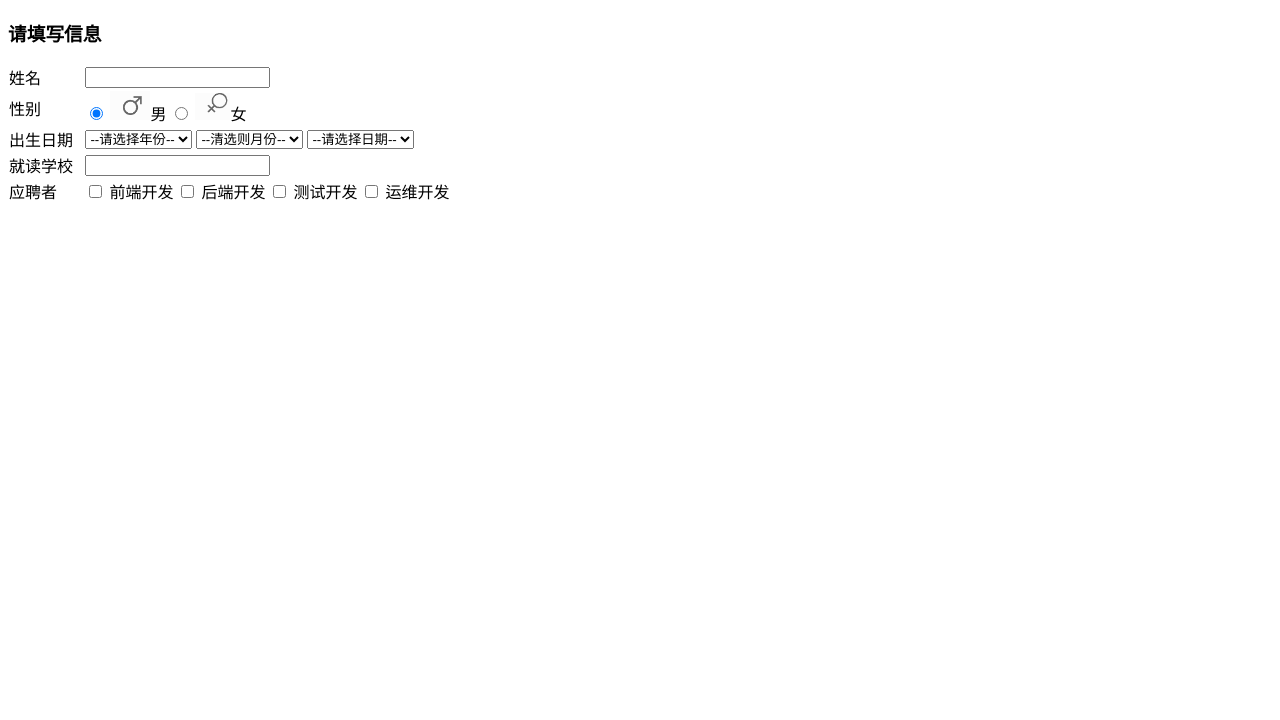
Repository: ls02/VSCode
Page: Java/2022/6-21-1/Test2.html
The author's editor kept a copy of each file at every save. The page is drawn from the files as they stood at one save, then again after the next save.
The browser window is 1280 px wide. The pictures show the whole page.

Above is the page before, as saved 2022-06-21 15:28:55.

After the next save:
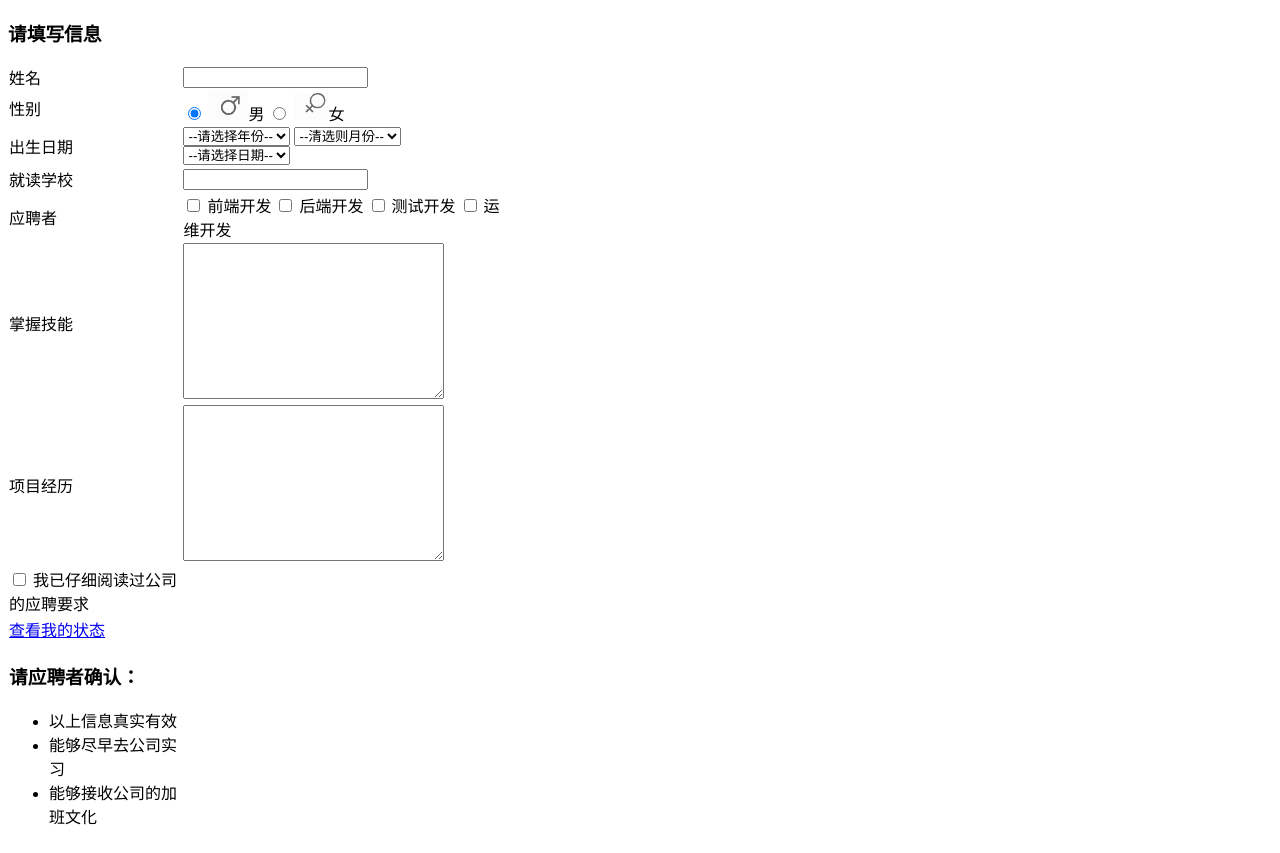
Saved 4 min 16 s later.
--- a/Java/2022/6-21-1/Test2.html
+++ b/Java/2022/6-21-1/Test2.html
@@ -2,7 +2,7 @@
  * @Author: ls02 <2877455773@qq.com>
  * @Date: 2022-06-21 14:55:00
  * @LastEditors: ls02 <2877455773@qq.com>
- * @LastEditTime: 2022-06-21 15:28:54
+ * @LastEditTime: 2022-06-21 15:33:11
  * @FilePath: \Java\2022\6-21-1\Test2.html
  * @Description:
  *
@@ -131,6 +131,43 @@
                     <label for="op">运维开发</label>
                 </td>
             </tr>
+            <tr>
+                <td>
+                    掌握技能
+                </td>
+                <td>
+                    <textarea name="" id="" cols="30" rows="10"></textarea>
+                </td>
+            </tr>
+            <tr>
+                <td>
+                    项目经历
+                </td>
+                <td>
+                    <textarea name="" id="" cols="30" rows="10"></textarea>
+                </td>
+            </tr>
+            <tr>
+                <td>
+                    <input type="checkbox" id="lisence">
+                    <label for="lisence">我已仔细阅读过公司的应聘要求</label>
+                </td>
+            </tr>
+            <tr>
+                <td>
+                    <a href="#">查看我的状态</a>
+                </td>
+            </tr>
+            <tr>
+                <td>
+                    <h3>请应聘者确认：</h3>
+                    <ul>
+                        <li>以上信息真实有效</li>
+                        <li>能够尽早去公司实习</li>
+                        <li>能够接收公司的加班文化</li>
+                    </ul>
+                </td>
+            </tr>
         </tbody>
     </table>
 </body>
